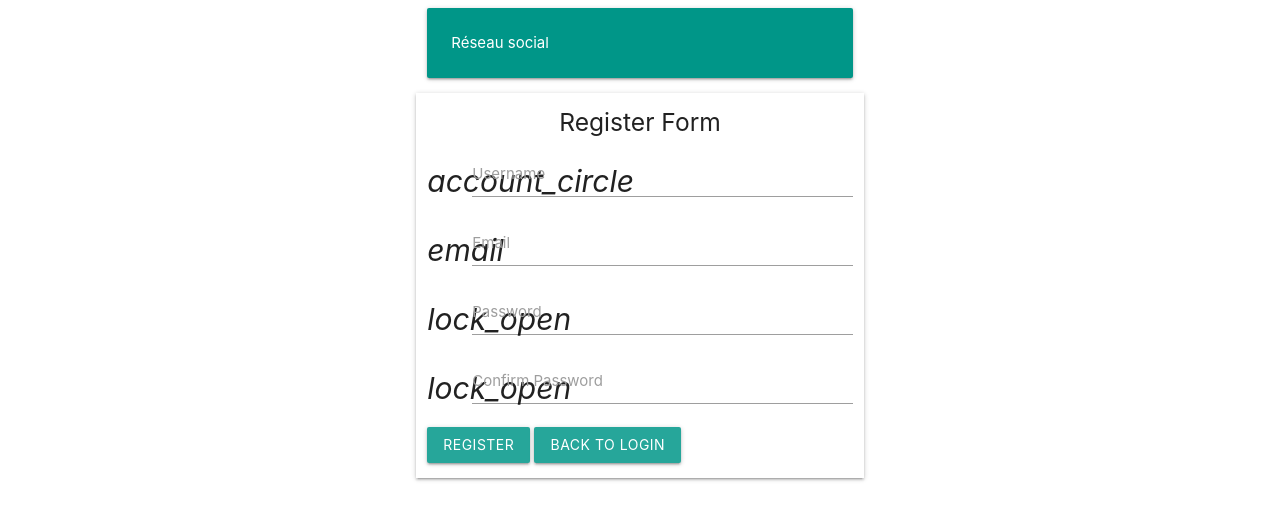
Repository: thdal/Atelier_JEE_16_02
Page: http://localhost/Atelier_JEE_16_02/WEB-INF/pages/connexion/FormRegister.jsp
The author's editor kept a copy of each file at every save. The page is drawn from the files as they stood at one save, then again after the next save.
The browser window is 1280 px wide. The pictures show the whole page.
The page is served by Tomcat 9. Nobody is signed in. Other server files are loaded and not shown. The template is opened directly, without the code that normally fills it, so the values that code supplies are empty.

Above is the page before, as saved 2021-02-22 07:20:12.

### Atelier_JEE_16_02/src/main/webapp/WEB-INF/pages/connexion/FormRegister.jsp
<%@ page language="java" contentType="text/html; charset=ISO-8859-1"
    pageEncoding="ISO-8859-1"%>
<!DOCTYPE>
<html>
<head>
<link rel="stylesheet" href="https://cdnjs.cloudflare.com/ajax/libs/materialize/1.0.0/css/materialize.min.css">
	  <link href="https://fonts.googleapis.com/icon?family=Material+Icons" rel="stylesheet">
<meta http-equiv="Content-Type" content="text/html; charset=ISO-8859-1">
<title>Formulaire d'enregistrement</title>
</head>
<body>
<div class="container">

      <div class="row">
       <div class="col s6 offset-s3 ">
	        <div class="card-panel teal">
	          <span class="white-text">Réseau social</span>
	        </div>
	      </div>

          <div class="col s6 offset-s3 z-depth-1" id="panell">
            <h5 style="text-align: center;" id="title">Register Form</h5>
            <form>

        <div class="input-field" id="username">
        	 <i class="material-icons prefix">account_circle</i>
	         <input  type="text" class="validate">
	         <label for="username">Username</label>
        </div>
        <div class="input-field" id="username">
             <i class="material-icons prefix">email</i>
	         <input  type="text" class="validate">
	         <label for="username">Email</label>
        </div>
        <div class="input-field" id="password">
            <i class="material-icons prefix">lock_open</i>
            <input  type="password" class="validate">
            <label for="password">Password</label>
        </div>
        <div class="input-field" id="password">
            <i class="material-icons prefix">lock_open</i>
            <input  type="password" class="validate">
            <label for="password">Confirm Password</label>
        </div>
        <a class="waves-effect waves-light btn" id="loginbtn">Register</a>
        <a href="connexion" class="waves-effect waves-light btn" id="loginbtn">Back to login</a>

        </form>

        </div>
      </div>

    </div>

</body>
    <script src="https://cdnjs.cloudflare.com/ajax/libs/materialize/1.0.0/js/materialize.min.js"></script>
</html>

After the next save:
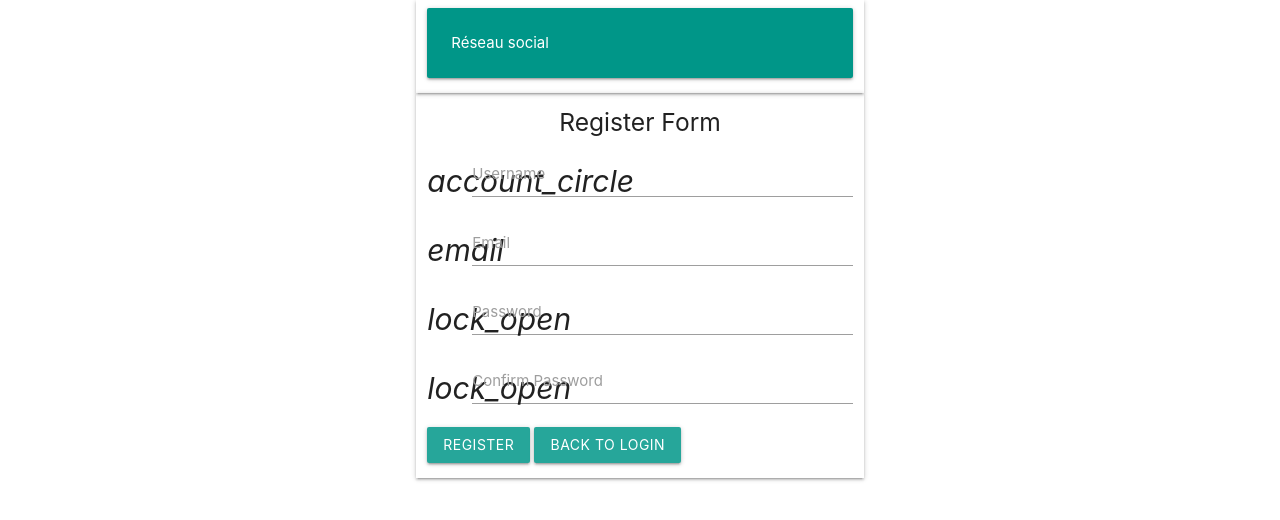
Saved 21 s later.
--- a/Atelier_JEE_16_02/src/main/webapp/WEB-INF/pages/connexion/FormRegister.jsp
+++ b/Atelier_JEE_16_02/src/main/webapp/WEB-INF/pages/connexion/FormRegister.jsp
@@ -12,7 +12,7 @@
 <div class="container">
 
       <div class="row">
-       <div class="col s6 offset-s3 ">
+       <div class="col s6 offset-s3 z-depth-1">
 	        <div class="card-panel teal">
 	          <span class="white-text">Réseau social</span>
 	        </div>
